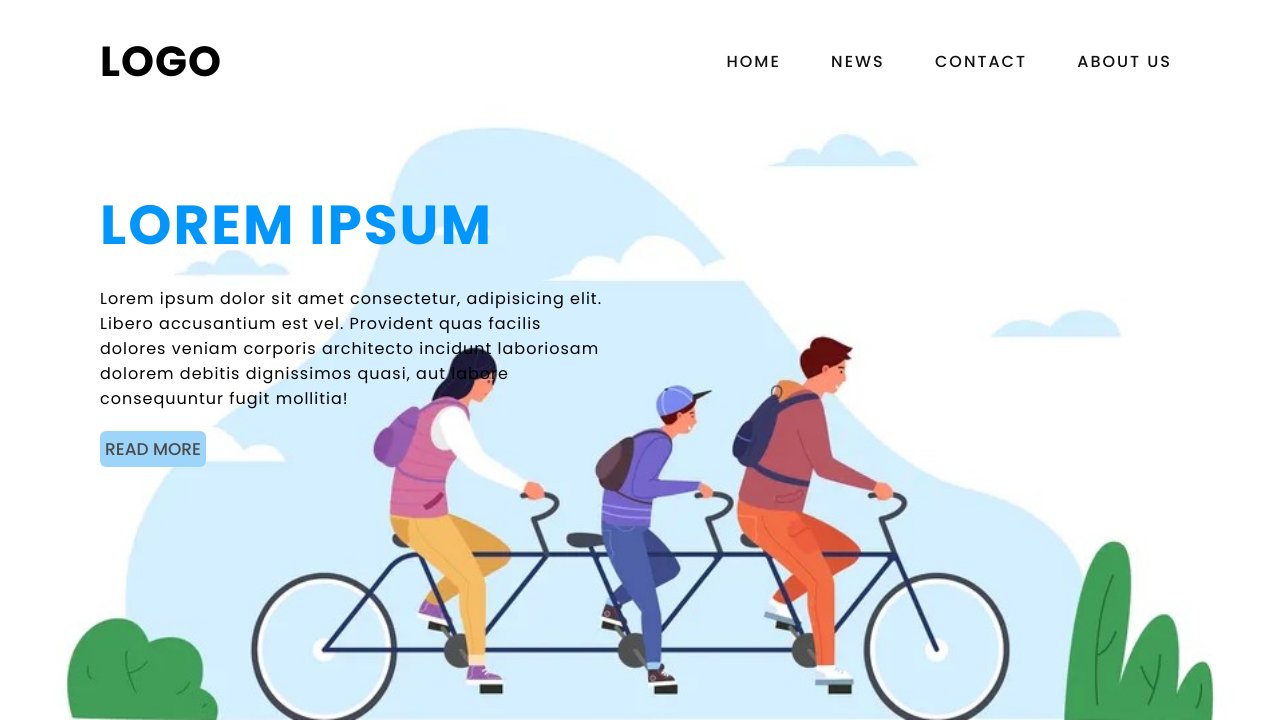
Repository: nganha241/1806
Page: index.html
The author's editor kept a copy of each file at every save. The page is drawn from the files as they stood at one save, then again after the next save.
The browser window is 1280 px wide. The pictures show the whole page.

Above is the page before, as saved 2022-06-18 15:57:33.

After the next save:
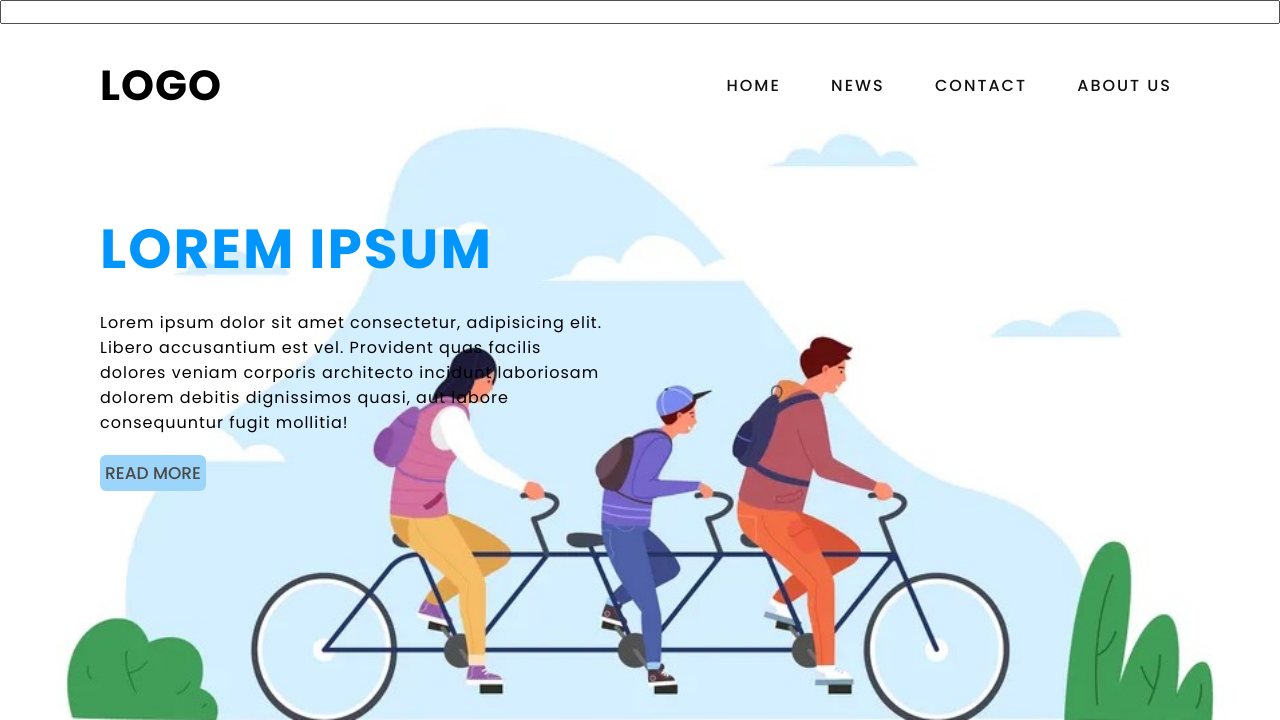
Saved 10 min 2 s later.
--- a/index.html
+++ b/index.html
@@ -9,6 +9,7 @@
   </head>
   <body>
     <section>
+      <input type="text" id="check" />
       <header>
         <div class="logo">
           <h2>Logo</h2>
